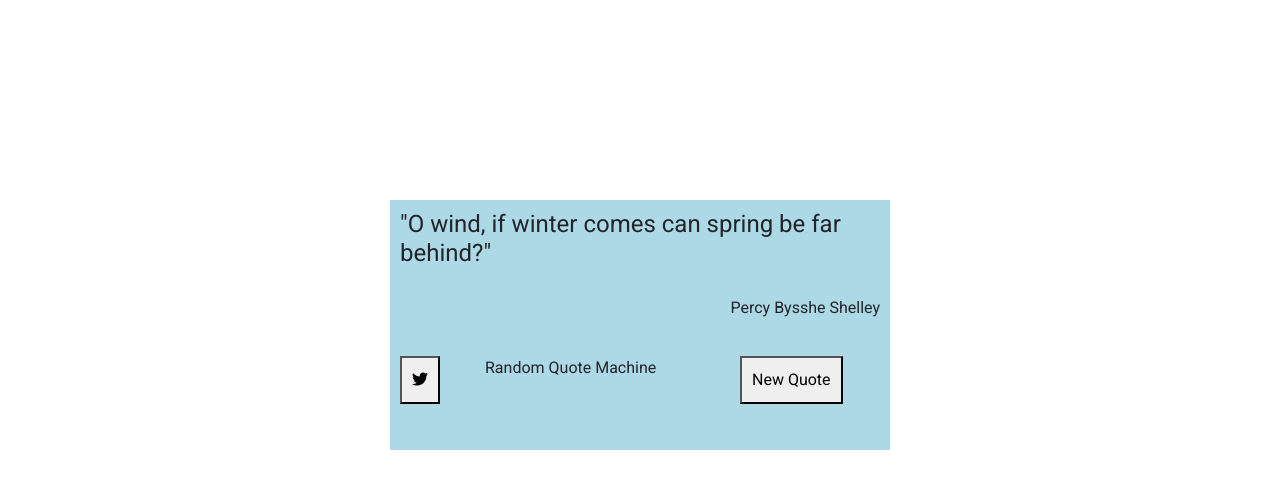
Repository: derektypist/random-quote-machine
Page: index.html
The author's editor kept a record of every edit. The page is drawn from the files as they stood at one moment, then again after the next edit.
The browser window is 1280 px wide. The pictures show the whole page.
Some web libraries are served in a nearby version.

Above is the page before.

After the next edit:
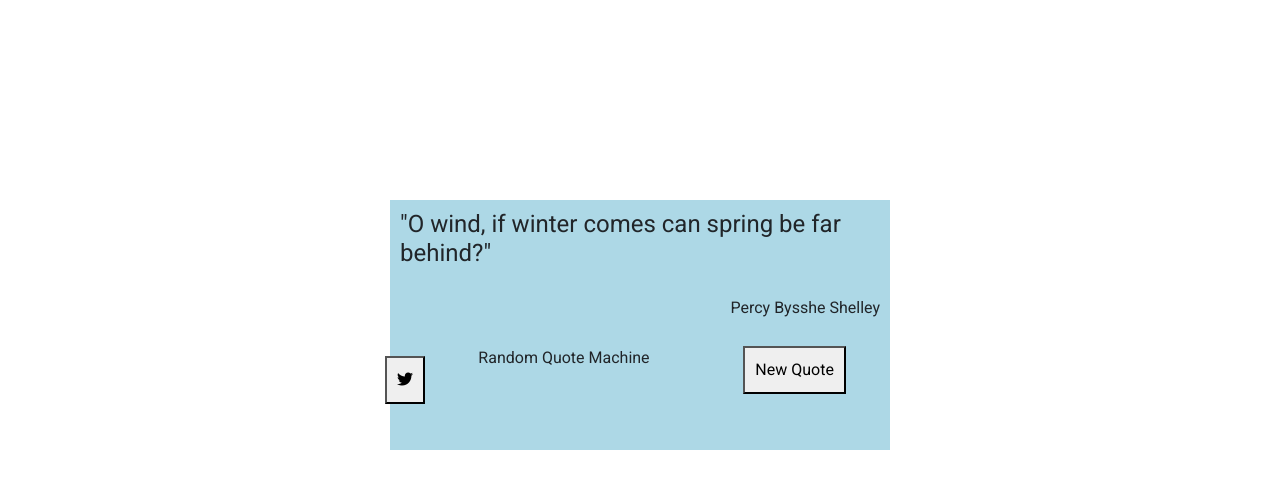
The edit:
--- a/index.html
+++ b/index.html
@@ -34,7 +34,7 @@
             padding: 10px;
         }
 
-        #my-buttons {
+        #tweet-quote {
             padding: 10px;
         }
 
